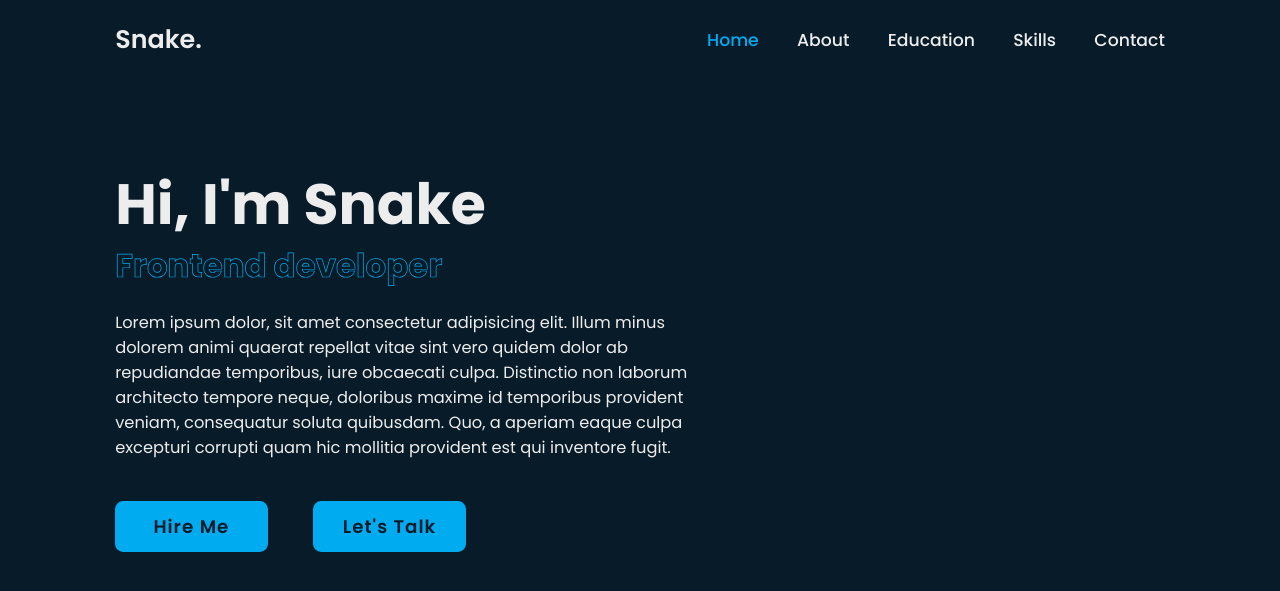
Repository: Tanty102/About_Me
Page: index.html
An editor plug-in stored every save of this project. The page is shown before and after a run of saves, followed by the edit.
The browser window is 1280 px wide. The pictures show the whole page.

Above is the page before, as saved 2023-09-12 16:49:09.

After the next 3 saves:
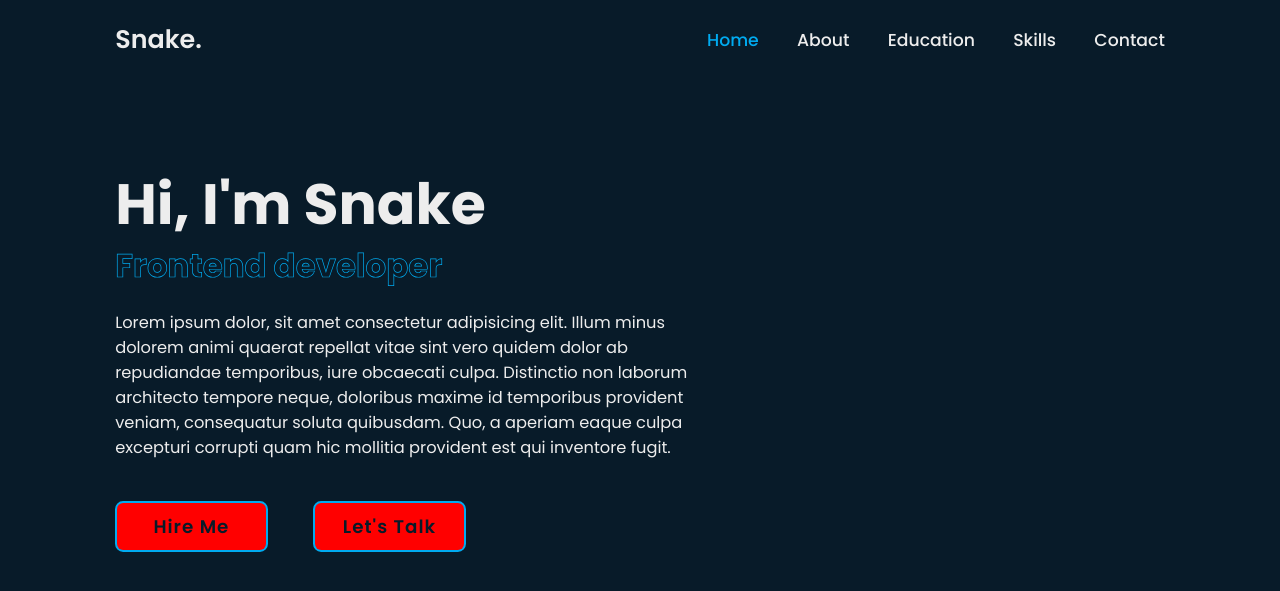
The 3 saves are shown as one change because they came seconds apart.
The last was saved 9 s later.
--- a/style.css
+++ b/style.css
@@ -137,5 +137,6 @@ section {
   left: 0;
   width: 100%;
   height: 100%;
-  bac
+  background: red;
+  z-index: -1;
 }
